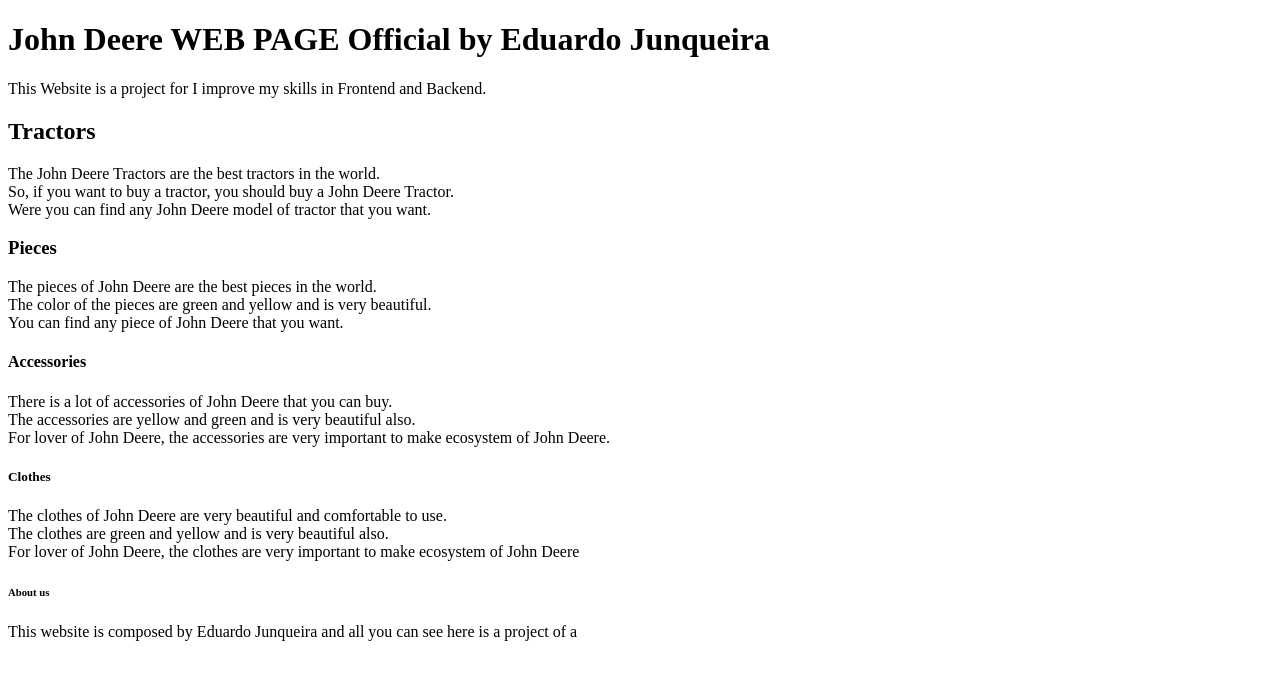
Repository: EduardoJunqueira2004/WEBJohnDeere
Page: index.html
These files come from the project's save history. The page is drawn as it stood at one moment and after the next save; the edit follows.
The browser window is 1280 px wide. The pictures show the whole page.

Above is the page before, as saved 2024-12-05 11:06:52.

### index.html
<!DOCTYPE html>
<html lang="en">
<head>
    <meta charset="UTF-8">
    <meta name="viewport" content="width=device-width, initial-scale=1.0">
    <title>Index.html</title>
</head>
<body>
    <!--heder1-->
    <h1>John Deere WEB PAGE Official by Eduardo Junqueira</h1>
    <p>
        This Website is a project for I improve my skills in Frontend and Backend.
    </p>
    <!--heder2-->
    <h2>Tractors</h2>
    <p>
        The John Deere Tractors are the best tractors in the world.<br>
        So, if you want to buy a tractor, you should buy a John Deere Tractor.<br>
        Were you can find any John Deere  model of tractor that you want.
    </p>
    <!--heder3-->
    <h3>Pieces</h3>
    <p>
        The pieces of John Deere are the best pieces in the world.<br>
        The color of the pieces are green and yellow and is very beautiful.<br>
        You can find any piece of John Deere that you want.
    </p>
    <!--heder4-->
    <h4>Accessories</h4>
    <p>
        There is a lot of accessories of John Deere that you can buy.<br>
        The accessories are yellow and green and is very beautiful also.<br>
        For lover of John Deere, the accessories are very important to make ecosystem of John Deere.
    </p>
    <!--heder5-->
    <h5>Clothes</h5>
    <p>
        The clothes of John Deere are very beautiful and comfortable to use.<br>
        The clothes are green and yellow and is very beautiful also.<br>
        For lover of John Deere, the clothes are very important to make ecosystem of John Deere
    </p>
    <!--heder6-->
    <h6>About us</h6>
    <p>
        This website is  composed by Eduardo Junqueira and all you can see here is a project of a
    </p>

</body>
</html>

After the next save:
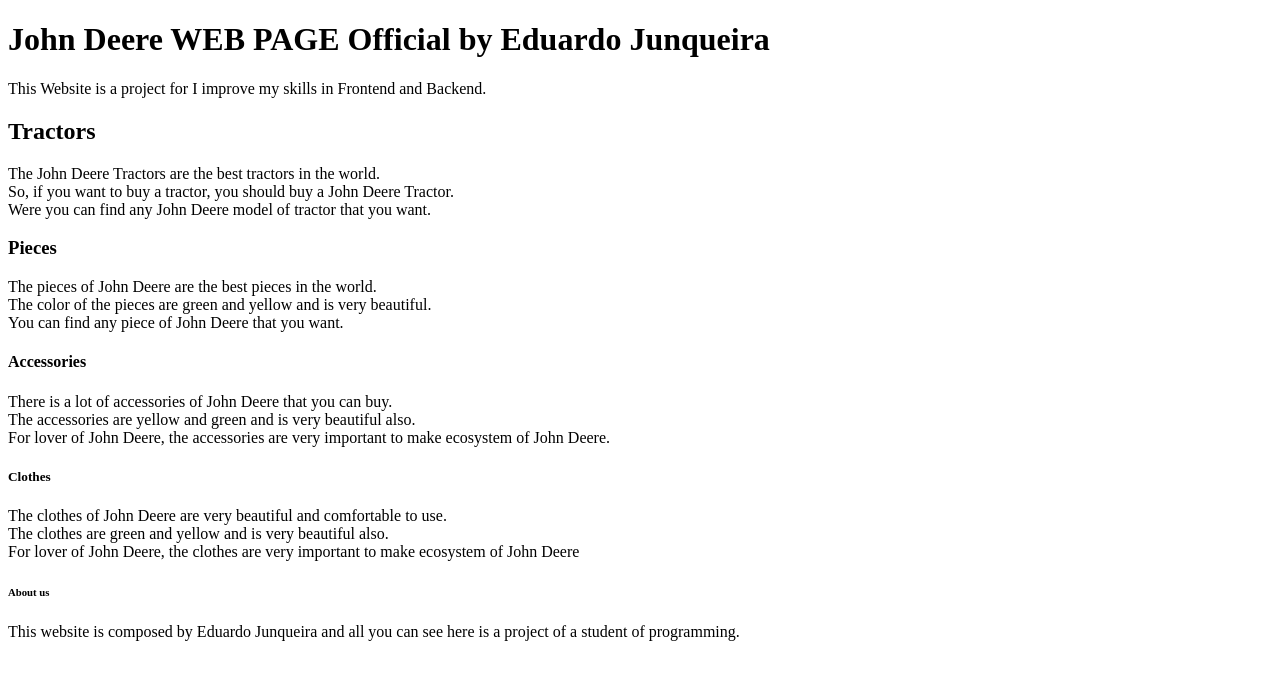
Saved 5 s later.
--- a/index.html
+++ b/index.html
@@ -42,7 +42,7 @@
     <!--heder6-->
     <h6>About us</h6>
     <p>
-        This website is  composed by Eduardo Junqueira and all you can see here is a project of a
+        This website is  composed by Eduardo Junqueira and all you can see here is a project of a student of programming.<br>
     </p>
 
 </body>
